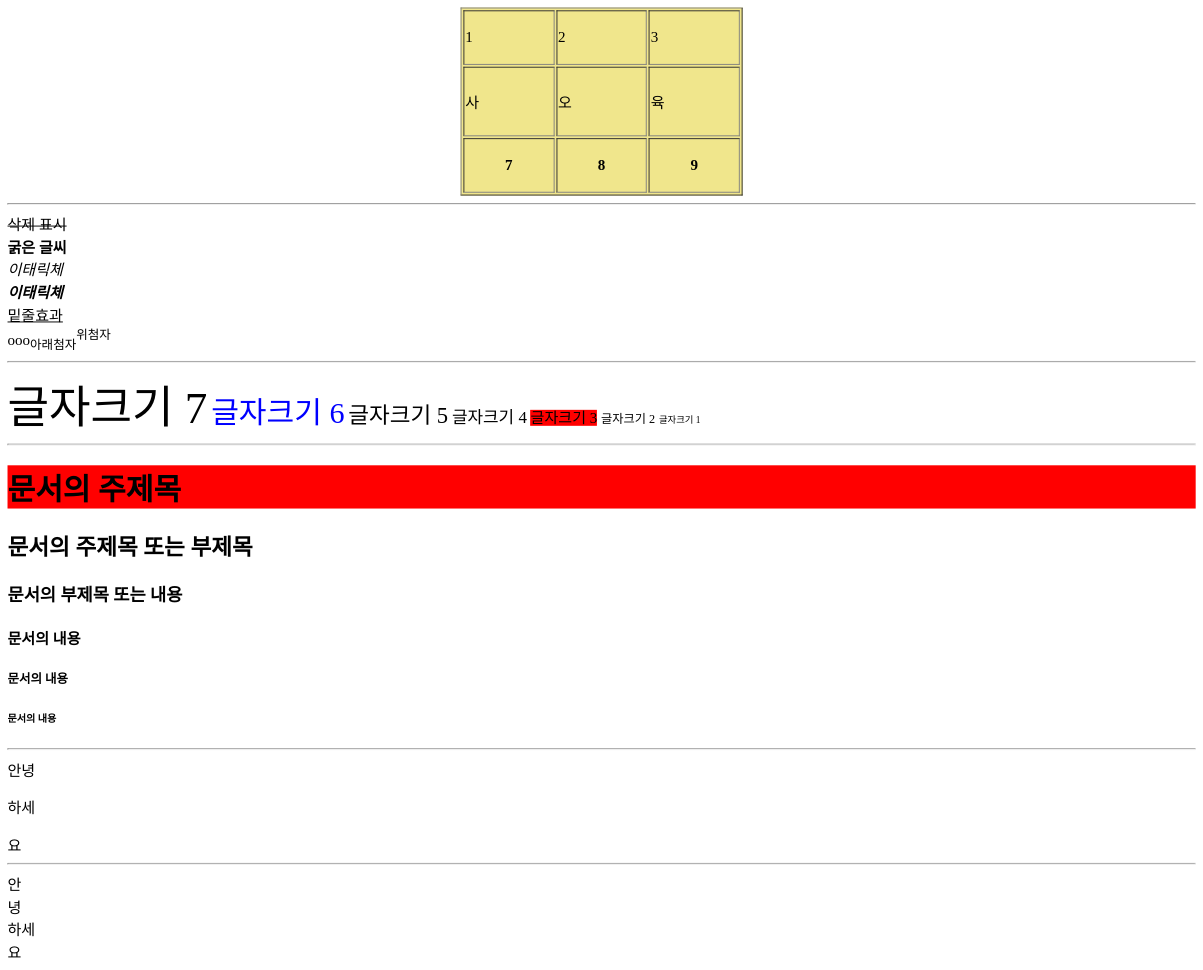
Repository: hui-Joo/html
Page: html/day01.html
An editor plug-in stored every save of this project. The page is shown before and after the next save, followed by the edit.
The browser window is 1280 px wide. The pictures show the whole page, at 94% of full size.

Above is the page before, as saved 2021-10-04 05:23:34.

### html/day01.html
<!DOCTYPE html>
<html>
<head>
<meta charset="utf-8"> <!-- 이건 없어됨 꺽쇠 느낌표 바바가 주석임 -->
<title>Insert title here</title>
</head>
<!--
<body text="white" bgcolor="black">
-->
<body>

<table border="1" align="center" height="200" width="300" bgcolor="khaki">
	<tr>
		<td>1</td><td>2</td><td>3</td>

	</tr>
	<tr>
		<td>사</td><td>오</td><td>육</td>

	</tr>
	<tr>
		<th>7</th><th>8</th><th>9</th>

	</tr>
</table>

<hr>

<strike>삭제 표시</strike><br>
<b>굵은 글씨</b><br>
<i>이태릭체</i><br>
<i><b>이태릭체</b></i><br>
<u>밑줄효과</u><br>
ooo<sub>아래첨자</sub><sup>위첨자</sup>

<hr>

<font size="7">글자크기 7</font>
<font size="6" face="궁서체" color='blue'>글자크기 6</font>
<font size="5">글자크기 5</font>
<font size="4">글자크기 4</font>
<font size="3" style="background-color: red;">글자크기 3</font>
<font size="2">글자크기 2</font>
<font size="1">글자크기 1</font>

<hr>

<h1 style="background-color: red;">문서의 주제목</h1>
<h2>문서의 주제목 또는 부제목</h2>
<h3>문서의 부제목 또는 내용</h3>
<h4>문서의 내용</h4>
<h5>문서의 내용</h5>
<h6>문서의 내용</h6>

<hr>
	안녕
	<p>하세</p>
	요
<hr>
	안<br>녕<br>
	하세<br>
	요
<!--
	안녕하세요~
-->
</body>
</html>

After the next save:
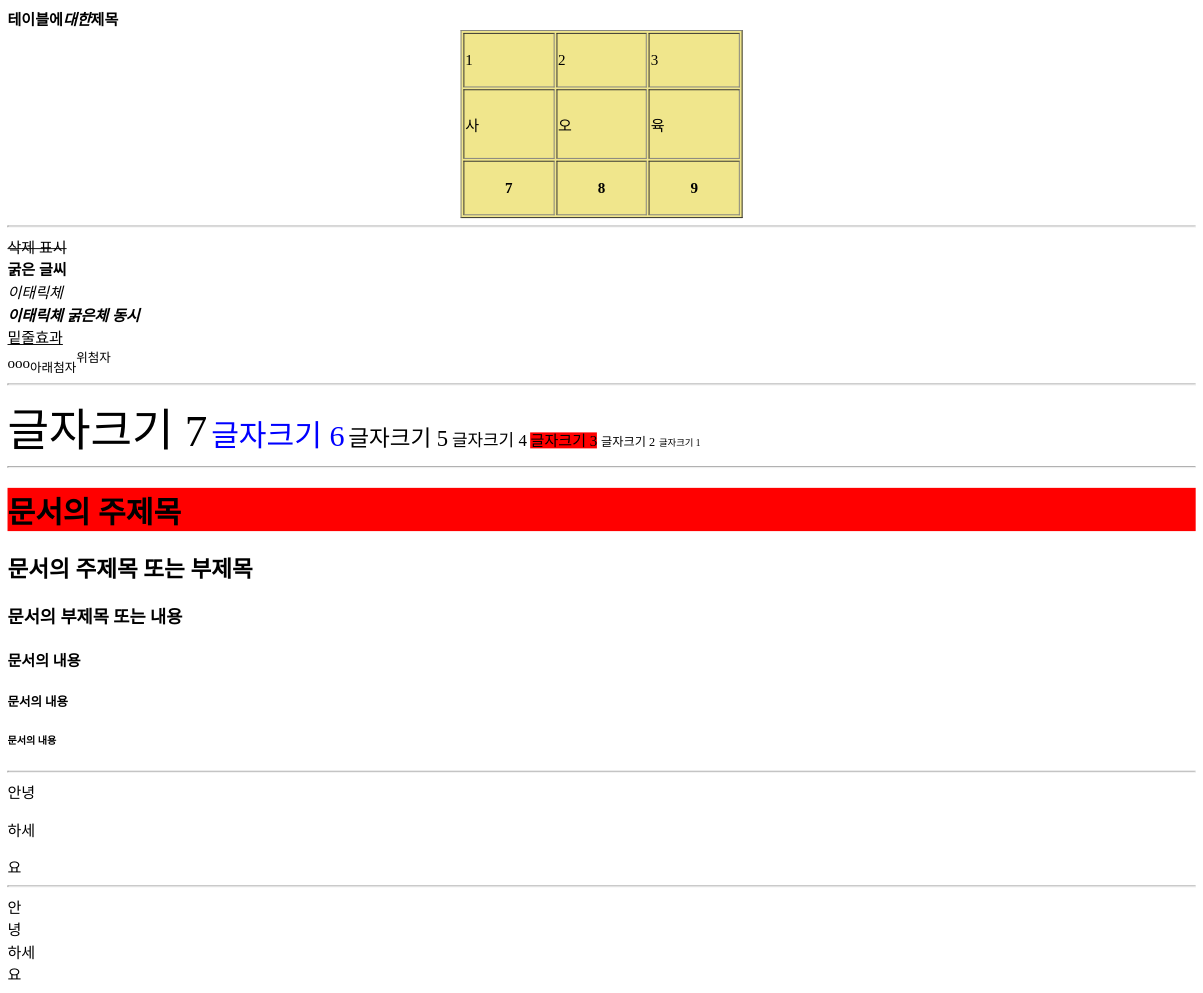
Saved 2 min 47 s later.
--- a/html/day01.html
+++ b/html/day01.html
@@ -10,6 +10,7 @@
 <body>
 
 <table border="1" align="center" height="200" width="300" bgcolor="khaki">
+	<captoin><b>테이블에<i>대한</i>제목</b> </captoin>
 	<tr>
 		<td>1</td><td>2</td><td>3</td>
 
@@ -29,7 +30,7 @@
 <strike>삭제 표시</strike><br>
 <b>굵은 글씨</b><br>
 <i>이태릭체</i><br>
-<i><b>이태릭체</b></i><br>
+<i><b>이태릭체 굵은체 동시</b></i><br>
 <u>밑줄효과</u><br>
 ooo<sub>아래첨자</sub><sup>위첨자</sup>
 
